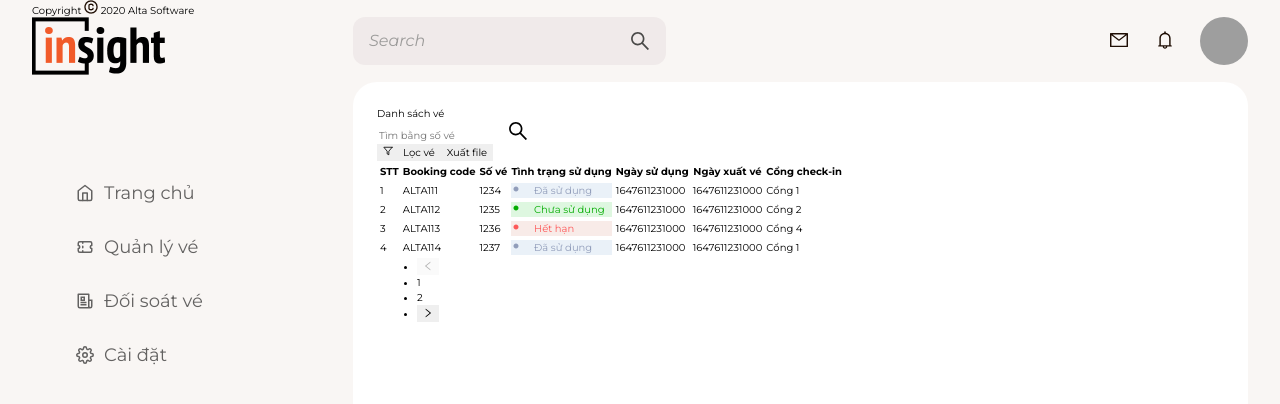
Repository: ledoanmk43/CMS_Ticket-Sale
Page: /TicketManagement (app in cms-app/)
These files come from the project's save history. The page is drawn as it stood at one moment and after the next save; the edit follows.
The browser window is 1280 px wide. The pictures show the whole page.
Pictures or frames that could not be fetched are drawn as grey boxes. The project was rebuilt for these pictures with package versions that can differ from the ones it lists, and the page was loaded fresh each time. Also part of the build but not shown: cms-app/src/layout/Main/Dashboard.tsx, cms-app/src/layout/Main/ServicePack.tsx, cms-app/src/layout/Main/TicketCheck.tsx.

Above is the page before, as saved 2022-03-18 14:23:26.

After the next save:
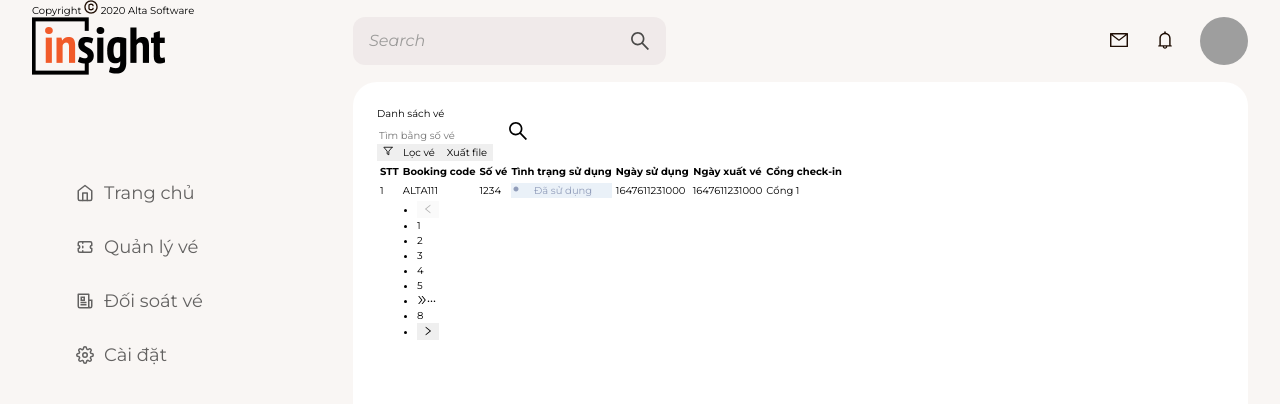
Saved 11 s later.
--- a/cms-app/src/layout/Main/TicketManage.tsx
+++ b/cms-app/src/layout/Main/TicketManage.tsx
@@ -170,7 +170,7 @@ const TicketManage: React.FunctionComponent<ITicketManageProps> = (
   props: ITicketManageProps
 ) => {
   const [page, setPage] = useState(1)
-  const [pageSize, setPageSize] = useState(4)
+  const [pageSize, setPageSize] = useState(1)
   return (
     <div className='container'>
       <p className='title_xl'> Danh sách vé</p>
